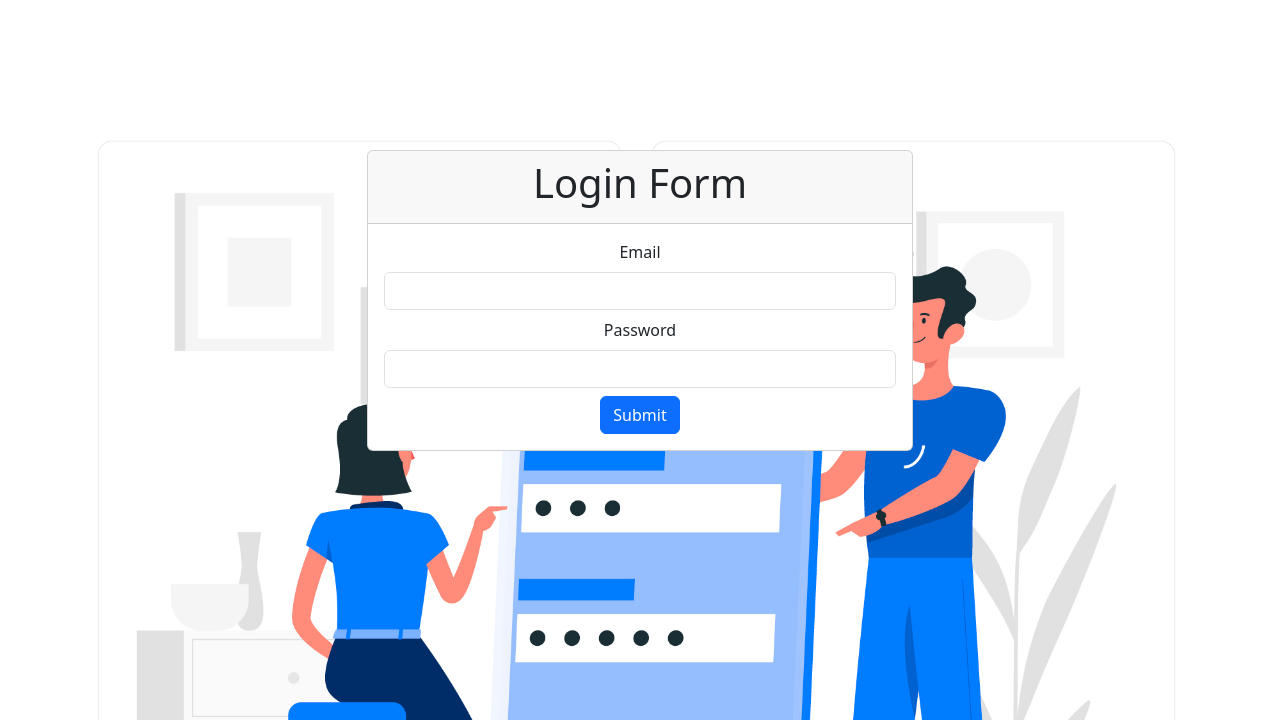
Repository: Laxman-Nath/java-internship
Page: http://localhost/Demo/login.jsp
The author's editor kept a copy of each file at every save. The page is drawn from the files as they stood at one save, then again after the next save.
The browser window is 1280 px wide. The pictures show the whole page.
The page is served by Tomcat 9.

Above is the page before, as saved 2024-09-02 09:41:36.

After the next save:
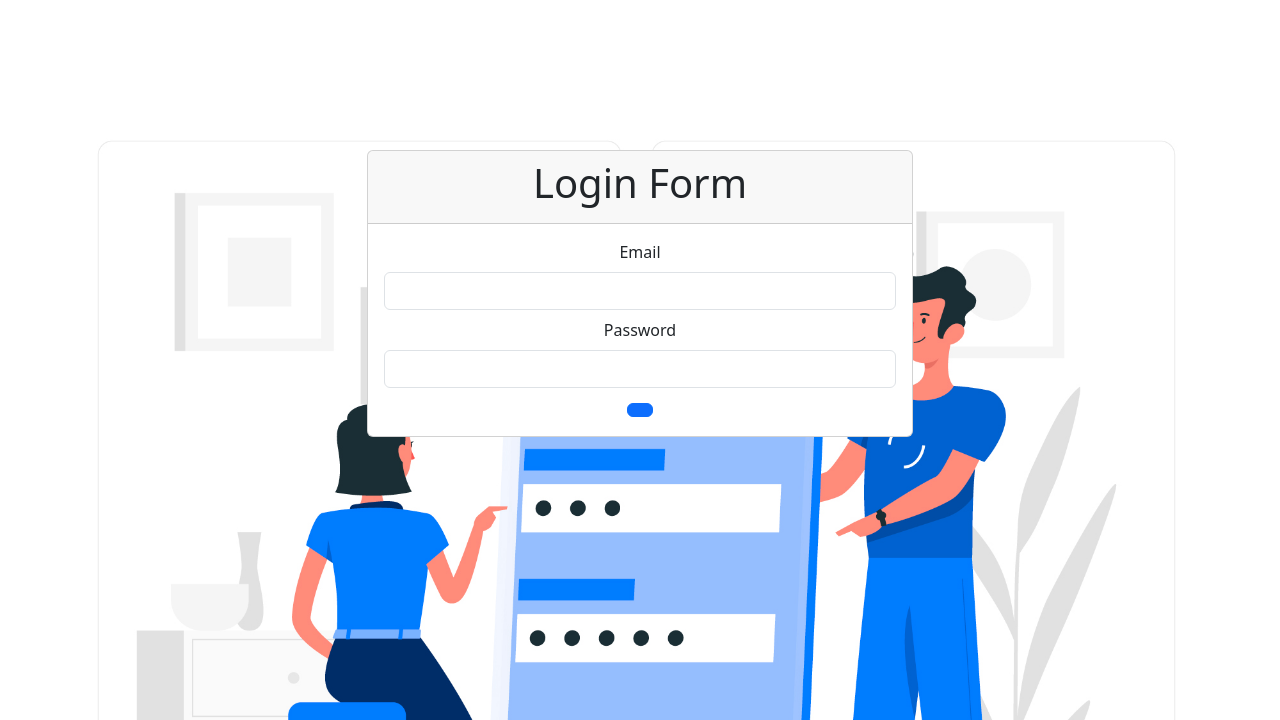
Saved 83 s later.
--- a/Servlet_JSP/Demo/src/main/webapp/login.jsp
+++ b/Servlet_JSP/Demo/src/main/webapp/login.jsp
@@ -29,7 +29,7 @@
 								<label class="form-label">Password</label> <input
 									type="password" required class="form-control">
 							</div>
-							<input type="submit" class="btn btn-primary" value="Submit">
+							<button type="submit" class="btn btn-primary"></button>
 						</form>
 					</div>
 				</div>

After the save that followed:
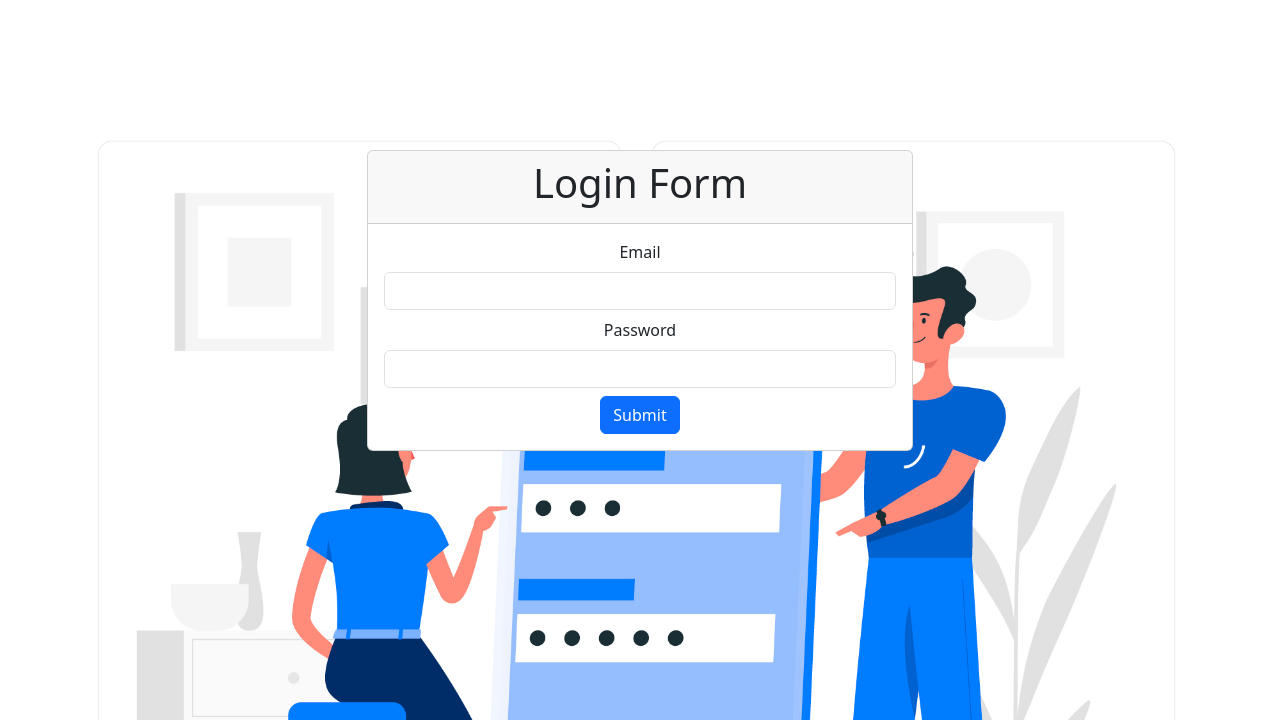
Saved 16 s later.
--- a/Servlet_JSP/Demo/src/main/webapp/login.jsp
+++ b/Servlet_JSP/Demo/src/main/webapp/login.jsp
@@ -29,7 +29,7 @@
 								<label class="form-label">Password</label> <input
 									type="password" required class="form-control">
 							</div>
-							<button type="submit" class="btn btn-primary"></button>
+							<button type="submit" class="btn btn-primary">Submit</button>
 						</form>
 					</div>
 				</div>
